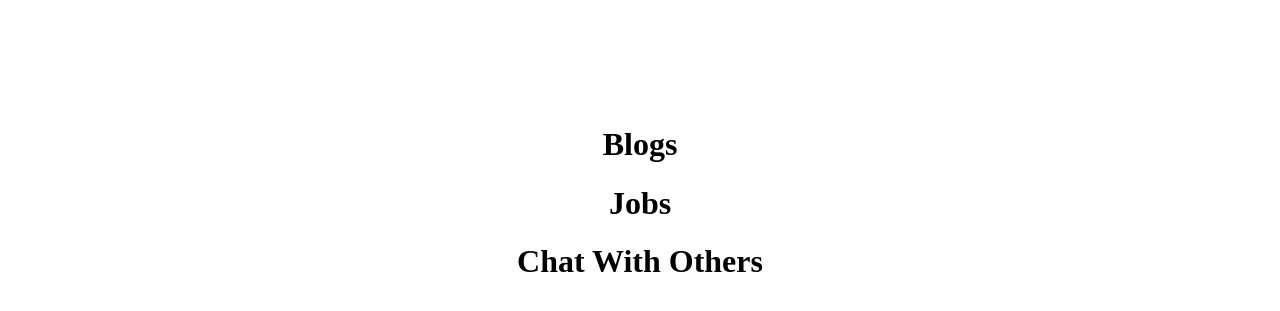
Repository: devlogan/collproject
Page: CollFrontend/WebContent/main.html
The author's editor kept a copy of each file at every save. The page is drawn from the files as they stood at one save, then again after the next save.
The browser window is 1280 px wide. The pictures show the whole page.

Above is the page before, as saved 2019-05-02 06:15:28.

### CollFrontend/WebContent/main.html
<!DOCTYPE html>
<html>
<head>
<meta charset="ISO-8859-1">
<title>Homepage</title>
<style>
.main-box {
	margin-top: 10%;
	text-align: center;
}
</style>
</head>
<body>
	<div class="row main-box">
		<div class="col-md-4">
			<h1><a hre="#!/viewBlogs">Blogs</a></h1>
		</div>
		<div class="col-md-4">
			<h1>Jobs</h1>
		</div>
		<div class="col-md-4">
			<h1>Chat With Others</h1>
		</div>

	</div>



</body>
</html>

After the next save:
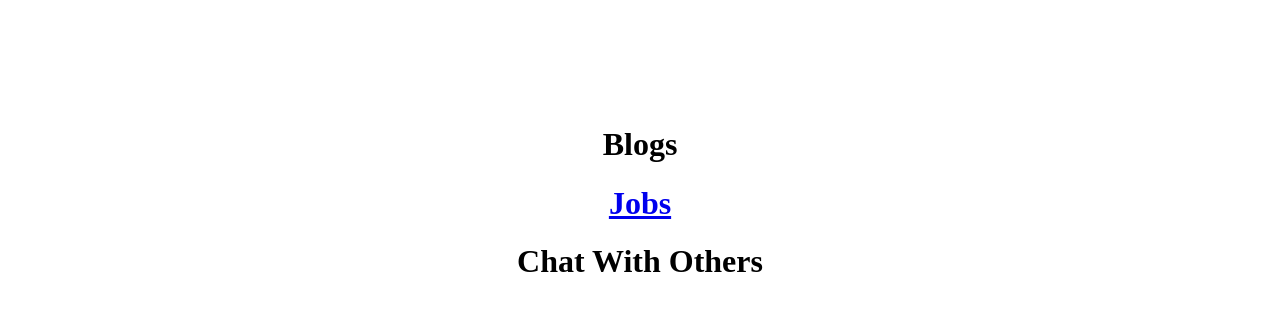
Saved 115 s later.
--- a/CollFrontend/WebContent/main.html
+++ b/CollFrontend/WebContent/main.html
@@ -13,10 +13,14 @@
 <body>
 	<div class="row main-box">
 		<div class="col-md-4">
-			<h1><a hre="#!/viewBlogs">Blogs</a></h1>
+			<h1>
+				<a hre="#!/viewBlogs">Blogs</a>
+			</h1>
 		</div>
 		<div class="col-md-4">
-			<h1>Jobs</h1>
+			<h1>
+				<a href="#!viewJobs">Jobs</a>
+			</h1>
 		</div>
 		<div class="col-md-4">
 			<h1>Chat With Others</h1>
